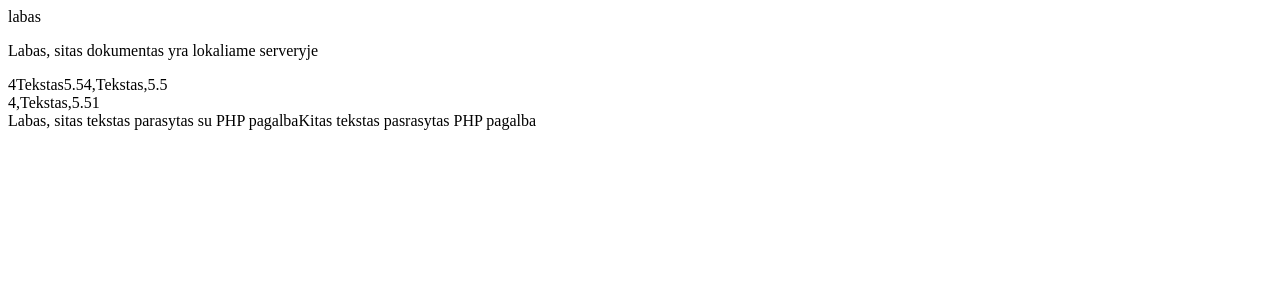
Repository: motiejus1/01-paskaita-PHP-05.31
Page: http://localhost/
An editor plug-in stored every save of this project. The page is shown before and after the next save, followed by the edit.
The browser window is 1280 px wide. The pictures show the whole page.
The page is run by PHP 8.4 with error messages shown; the project is at /var/www/html/.

Above is the page before, as saved 2021-07-22 20:51:11.

After the next save:
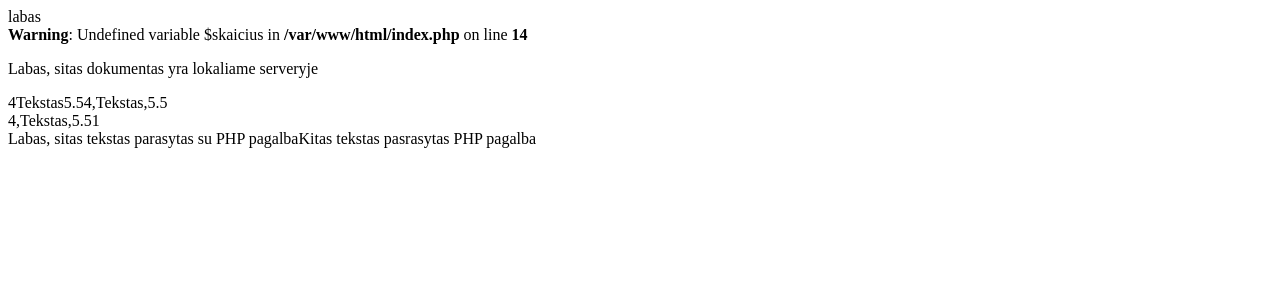
Saved 6 s later.
--- a/index.php
+++ b/index.php
@@ -11,7 +11,7 @@
 <body>
     <?php
         echo "labas";
-
+        echo $skaicius;
     ?>
     <!-- PHP koda -->
 

After the save that followed:
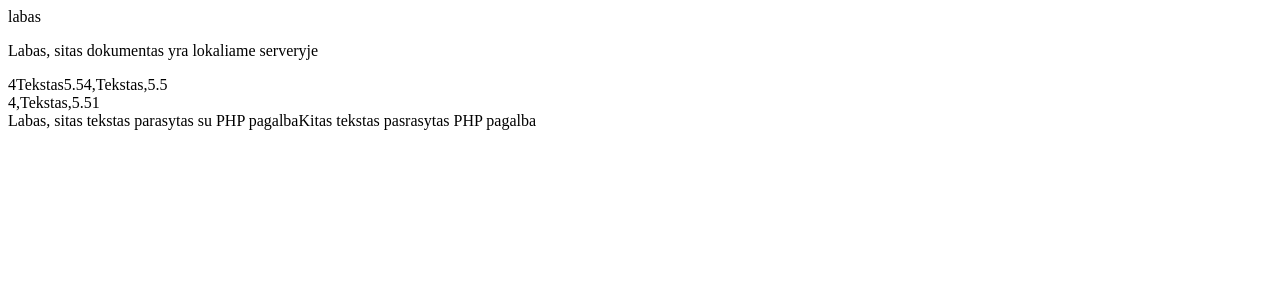
Saved 55 s later.
--- a/index.php
+++ b/index.php
@@ -11,7 +11,7 @@
 <body>
     <?php
         echo "labas";
-        echo $skaicius;
+        // echo $skaicius;
     ?>
     <!-- PHP koda -->
 
